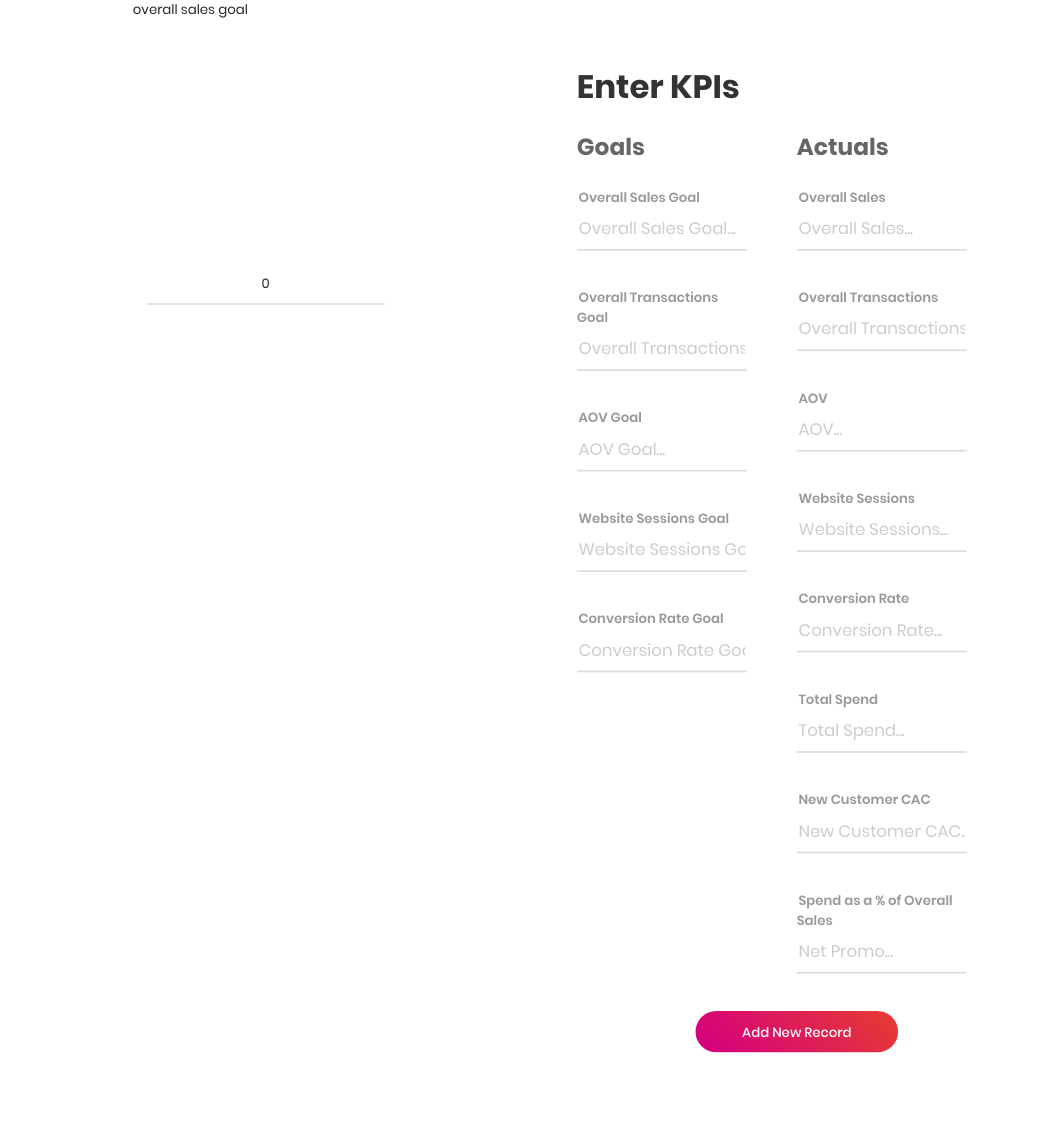
Repository: jameyel/kpi-entry
Page: index.html
These files come from the project's save history. The page is drawn as it stood at one moment and after the next save; the edit follows.
The browser window is 1280 px wide. The pictures show the whole page, at 83% of full size.
The page's requests for data from a server got no answer.

Above is the page before, as saved 2018-12-10 12:16:33.

### index.html
<!DOCTYPE html>
<html lang="en">
  <head>
    <title>EverlyWell KPIs</title>
    <meta charset="UTF-8" />
    <meta name="viewport" content="width=device-width, initial-scale=1" />
    <!--
      ===============================================================================================
    -->
    <link rel="icon" type="image/png" href="images/icons/favicon.ico" />
    <!--
      ===============================================================================================
    -->
    <link
      rel="stylesheet"
      type="text/css"
      href="vendor/bootstrap/css/bootstrap.min.css"
    />
    <!--
      ===============================================================================================
    -->
    <link
      rel="stylesheet"
      type="text/css"
      href="fonts/font-awesome-4.7.0/css/font-awesome.min.css"
    />
    <!--
      ===============================================================================================
    -->
    <link
      rel="stylesheet"
      type="text/css"
      href="fonts/Linearicons-Free-v1.0.0/icon-font.min.css"
    />
    <!--
      ===============================================================================================
    -->
    <link
      rel="stylesheet"
      type="text/css"
      href="fonts/iconic/css/material-design-iconic-font.min.css"
    />
    <!--
      ===============================================================================================
    -->
    <link rel="stylesheet" type="text/css" href="vendor/animate/animate.css" />
    <!--
      ===============================================================================================
    -->
    <link
      rel="stylesheet"
      type="text/css"
      href="vendor/css-hamburgers/hamburgers.min.css"
    />
    <!--
      ===============================================================================================
    -->
    <link
      rel="stylesheet"
      type="text/css"
      href="vendor/animsition/css/animsition.min.css"
    />
    <!--
      ===============================================================================================
    -->
    <link
      rel="stylesheet"
      type="text/css"
      href="vendor/select2/select2.min.css"
    />
    <!--
      ===============================================================================================
    -->
    <link
      rel="stylesheet"
      type="text/css"
      href="vendor/daterangepicker/daterangepicker.css"
    />
    <link rel="stylesheet" type="text/css" href="./css/loading-bar.css" />
    <!--
      ===============================================================================================
    -->
    <link rel="stylesheet" type="text/css" href="css/util.css" />
    <link rel="stylesheet" type="text/css" href="css/main.css" />
    <!--
      ===============================================================================================
    -->
  </head>
  <body>
    <div class="container-kpi100">
      <div class="kpi100-chart">
        <div
          class="ldBar label-center ldbar-overall-sales"
          style="width:50%;height:50%;margin:auto"
        >
          overall sales goal
        </div>
      </div>

      <div class="wrap-kpi100">
        <form
          action="http://localhost:8080/api/v1/kpis"
          method="post"
          class="kpi100-form validate-form"
        >
          <span class="kpi100-form-title"> Enter KPIs </span>

          <div class="kpi100-form-sections">
            <div class="kpi100-form-section">
              <span class="kpi100-form-subtitle"> Goals </span>
              <div
                class="wrap-input100 validate-input"
                data-validate="Overall Sales Goal is required: 123456"
              >
                <span class="label-input100">Overall Sales Goal</span>
                <input
                  class="input100 overall-sales-goal"
                  type="text"
                  name="overall_sales_goal"
                  placeholder="Overall Sales Goal..."
                />
                <span class="focus-input100"></span>
              </div>

              <div
                class="wrap-input100 validate-input"
                data-validate="Overall Transactions Goal is required: 123456"
              >
                <span class="label-input100">Overall Transactions Goal</span>
                <input
                  class="input100"
                  type="text"
                  name="overall_transactions_goal"
                  placeholder="Overall Transactions Goal..."
                />
                <span class="focus-input100"></span>
              </div>

              <div
                class="wrap-input100 validate-input"
                data-validate="AOV Goal is required: 1234.56"
              >
                <span class="label-input100">AOV Goal</span>
                <input
                  class="input100"
                  type="text"
                  name="aov_goal"
                  placeholder="AOV Goal..."
                />
                <span class="focus-input100"></span>
              </div>

              <div
                class="wrap-input100 validate-input"
                data-validate="Website Sessions Goal is required: 123456"
              >
                <span class="label-input100">Website Sessions Goal</span>
                <input
                  class="input100"
                  type="text"
                  name="web_sessions_goal"
                  placeholder="Website Sessions Goal..."
                />
                <span class="focus-input100"></span>
              </div>

              <div
                class="wrap-input100 validate-input"
                data-validate="Conversion Rate Goal is required: 1.23"
              >
                <span class="label-input100">Conversion Rate Goal</span>
                <input
                  class="input100"
                  type="text"
                  name="conv_rate_goal"
                  placeholder="Conversion Rate Goal..."
                />
                <span class="focus-input100"></span>
              </div>
            </div>

            <div class="kpi100-form-section">
              <span class="kpi100-form-subtitle"> Actuals </span>
              <div
                class="wrap-input100 validate-input"
                data-validate="Overall Sales are required: 123456"
              >
                <span class="label-input100">Overall Sales</span>
                <input
                  class="input100 overall-sales"
                  type="text"
                  name="overall_sales"
                  placeholder="Overall Sales..."
                />
                <span class="focus-input100"></span>
              </div>

              <div
                class="wrap-input100 validate-input"
                data-validate="Overall Transactions is required: 123456"
              >
                <span class="label-input100">Overall Transactions</span>
                <input
                  class="input100"
                  type="text"
                  name="overall_transactions"
                  placeholder="Overall Transactions..."
                />
                <span class="focus-input100"></span>
              </div>

              <div
                class="wrap-input100 validate-input"
                data-validate="AOV is required: 1234.56"
              >
                <span class="label-input100">AOV</span>
                <input
                  class="input100"
                  type="text"
                  name="aov"
                  placeholder="AOV..."
                />
                <span class="focus-input100"></span>
              </div>

              <div
                class="wrap-input100 validate-input"
                data-validate="Website Sessions is required: 123456"
              >
                <span class="label-input100">Website Sessions</span>
                <input
                  class="input100"
                  type="text"
                  name="web_sessions"
                  placeholder="Website Sessions..."
                />
                <span class="focus-input100"></span>
              </div>

              <div
                class="wrap-input100 validate-input"
                data-validate="Conversion Rate is required: 1.23"
              >
                <span class="label-input100">Conversion Rate</span>
                <input
                  class="input100"
                  type="text"
                  name="conv_rate"
                  placeholder="Conversion Rate..."
                />
                <span class="focus-input100"></span>
              </div>

              <div
                class="wrap-input100 validate-input"
                data-validate="Total Spend is required: 123456"
              >
                <span class="label-input100">Total Spend</span>
                <input
                  class="input100"
                  type="text"
                  name="total_spend"
                  placeholder="Total Spend..."
                />
                <span class="focus-input100"></span>
              </div>

              <div
                class="wrap-input100 validate-input"
                data-validate="New Customer CAC is required: 12.34"
              >
                <span class="label-input100">New Customer CAC</span>
                <input
                  class="input100"
                  type="text"
                  name="new_cust_cac"
                  placeholder="New Customer CAC..."
                />
                <span class="focus-input100"></span>
              </div>

              <div
                class="wrap-input100 validate-input"
                data-validate="Net promo is required: 12.34"
              >
                <span class="label-input100"
                  >Spend as a % of Overall Sales</span
                >
                <input
                  class="input100"
                  type="text"
                  name="spend_vs_sales"
                  placeholder="Net Promo..."
                />
                <span class="focus-input100"></span>
              </div>
            </div>
          </div>

          <div class="container-kpi100-form-btn">
            <div class="wrap-kpi100-form-btn">
              <div class="kpi100-form-bgbtn"></div>
              <button type="submit" class="kpi100-form-btn">
                Add New Record
              </button>
            </div>
          </div>
        </form>
      </div>
    </div>

    <div id="dropDownSelect1"></div>

    <!--
      ===============================================================================================
    -->
    <script src="vendor/jquery/jquery-3.2.1.min.js"></script>
    <!--
      ===============================================================================================
    -->
    <script src="vendor/animsition/js/animsition.min.js"></script>
    <!--
      ===============================================================================================
    -->
    <script src="vendor/bootstrap/js/popper.js"></script>
    <script src="vendor/bootstrap/js/bootstrap.min.js"></script>
    <!--
      ===============================================================================================
    -->
    <script src="vendor/select2/select2.min.js"></script>
    <!--
      ===============================================================================================
    -->
    <script src="vendor/daterangepicker/moment.min.js"></script>
    <script src="vendor/daterangepicker/daterangepicker.js"></script>
    <!--
      ===============================================================================================
    -->
    <script src="vendor/countdowntime/countdowntime.js"></script>
    <!--
      ===============================================================================================
    -->
    <script src="js/chart-custom.js"></script>
    <!--
      ===============================================================================================
    -->
    <script type="text/javascript" src="./js/loading-bar.js"></script>
    <script src="js/main.js"></script>
  </body>
</html>

### css/loading-bar.css
.ldBar {
  position: relative;
}
.ldBar.label-center > .ldBar-label {
  position: absolute;
  top: 50%;
  left: 50%;
  -webkit-transform: translate(-50%, -50%);
  transform: translate(-50%, -50%);
  text-shadow: 0 0 3px #fff;
}
.ldBar.no-percent .ldBar-label:after {
  content: '';
}

Loaded but not shown: vendor/bootstrap/css/bootstrap.min.css (library); fonts/font-awesome-4.7.0/css/font-awesome.min.css (library); fonts/Linearicons-Free-v1.0.0/icon-font.min.css (library); fonts/iconic/css/material-design-iconic-font.min.css (library); vendor/animate/animate.css (library); vendor/css-hamburgers/hamburgers.min.css (library); vendor/animsition/css/animsition.min.css (library); vendor/select2/select2.min.css (library); vendor/daterangepicker/daterangepicker.css (library); vendor/jquery/jquery-3.2.1.min.js (library); vendor/animsition/js/animsition.min.js (library); vendor/bootstrap/js/popper.js (library); vendor/bootstrap/js/bootstrap.min.js (library); vendor/select2/select2.min.js (library); vendor/daterangepicker/moment.min.js (library); vendor/daterangepicker/daterangepicker.js (library); vendor/countdowntime/countdowntime.js (common file); js/loading-bar.js (803 lines, source omitted); js/main.js (94 lines, source omitted); js/chart-custom.js (32 lines, source omitted); css/util.css (2984 lines, source omitted); css/main.css (559 lines, source omitted)

After the next save:
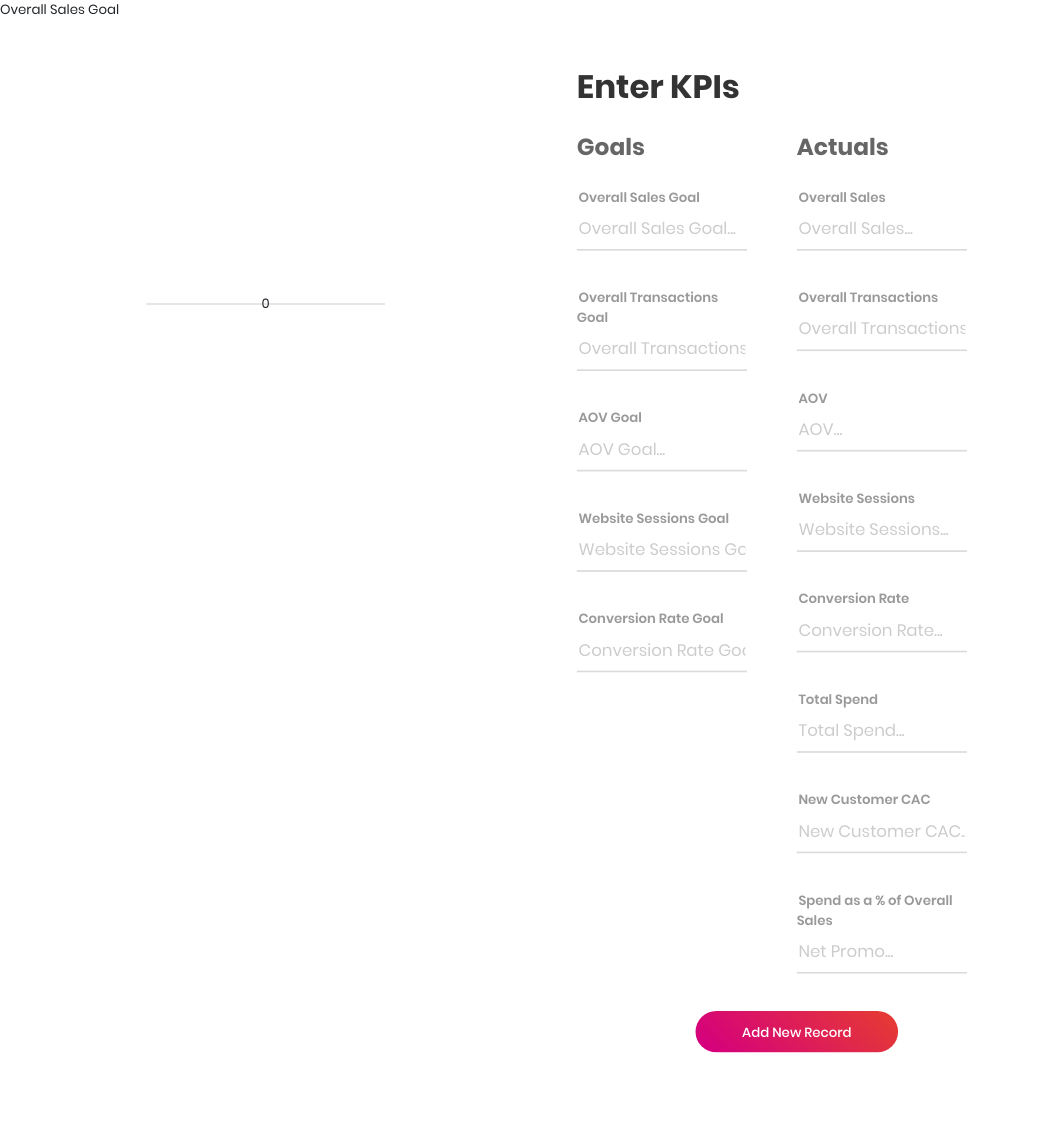
Saved 24 s later.
--- a/index.html
+++ b/index.html
@@ -89,12 +89,11 @@
   <body>
     <div class="container-kpi100">
       <div class="kpi100-chart">
+        <span>Overall Sales Goal</span>
         <div
           class="ldBar label-center ldbar-overall-sales"
           style="width:50%;height:50%;margin:auto"
-        >
-          overall sales goal
-        </div>
+        ></div>
       </div>
 
       <div class="wrap-kpi100">
